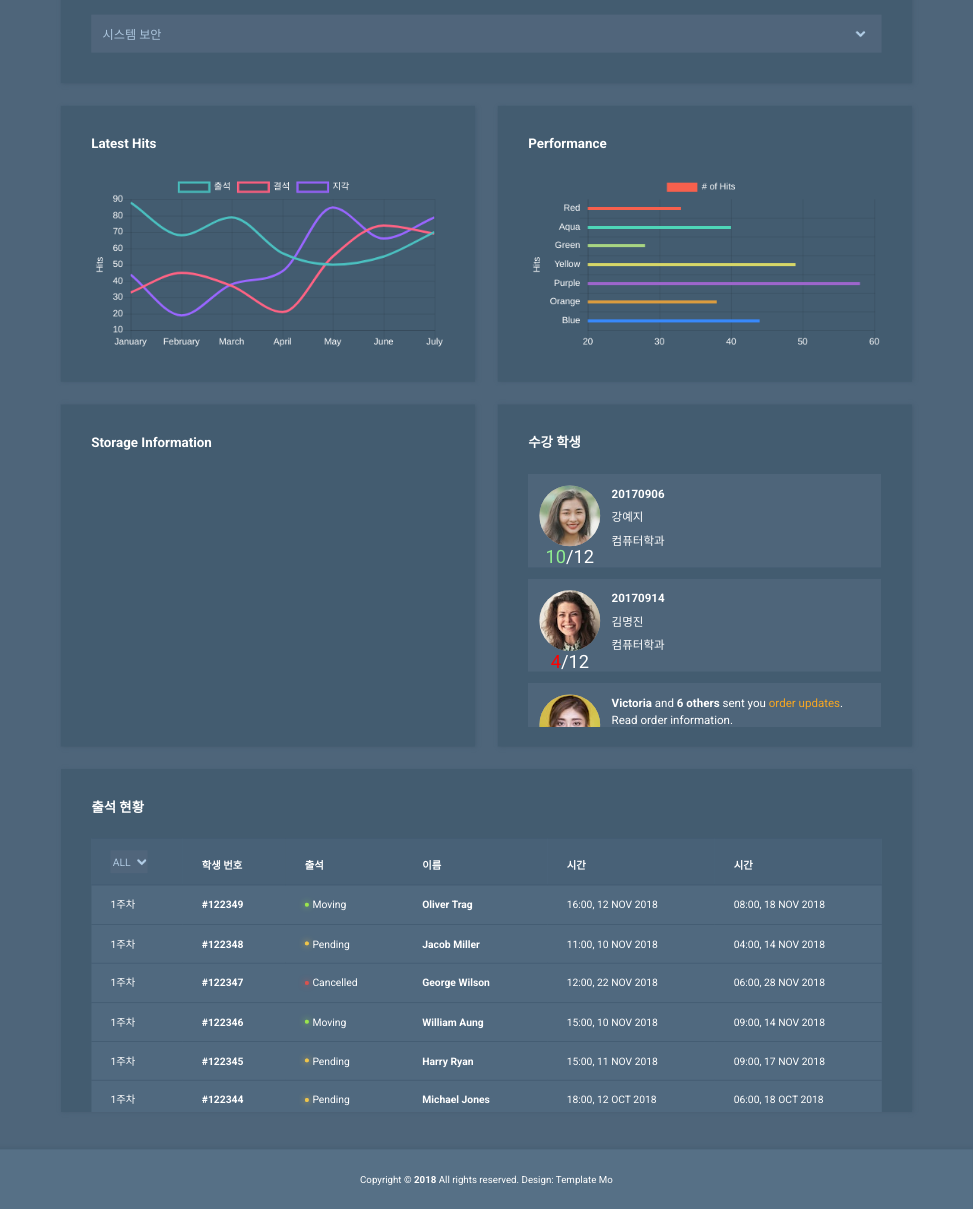
Repository: YJ-S2/2019-FaceAPI
Page: test1-master/web/123/WebContent/web1.html
The author's editor kept a copy of each file at every save. The page is drawn from the files as they stood at one save, then again after the next save.
The browser window is 1280 px wide. The pictures show the part of the page from y = 220 to 1811 px (the page is 1811 px tall), at 76% of full size.
A picture or video elsewhere on the page could not be fetched, so the positions and the page height are approximate. An inner scrolling area shows only its first screen.

Above is the page before, as saved 2019-08-07 08:54:35.
Console error: ReferenceError: drawPieChart is not defined

After the next save:
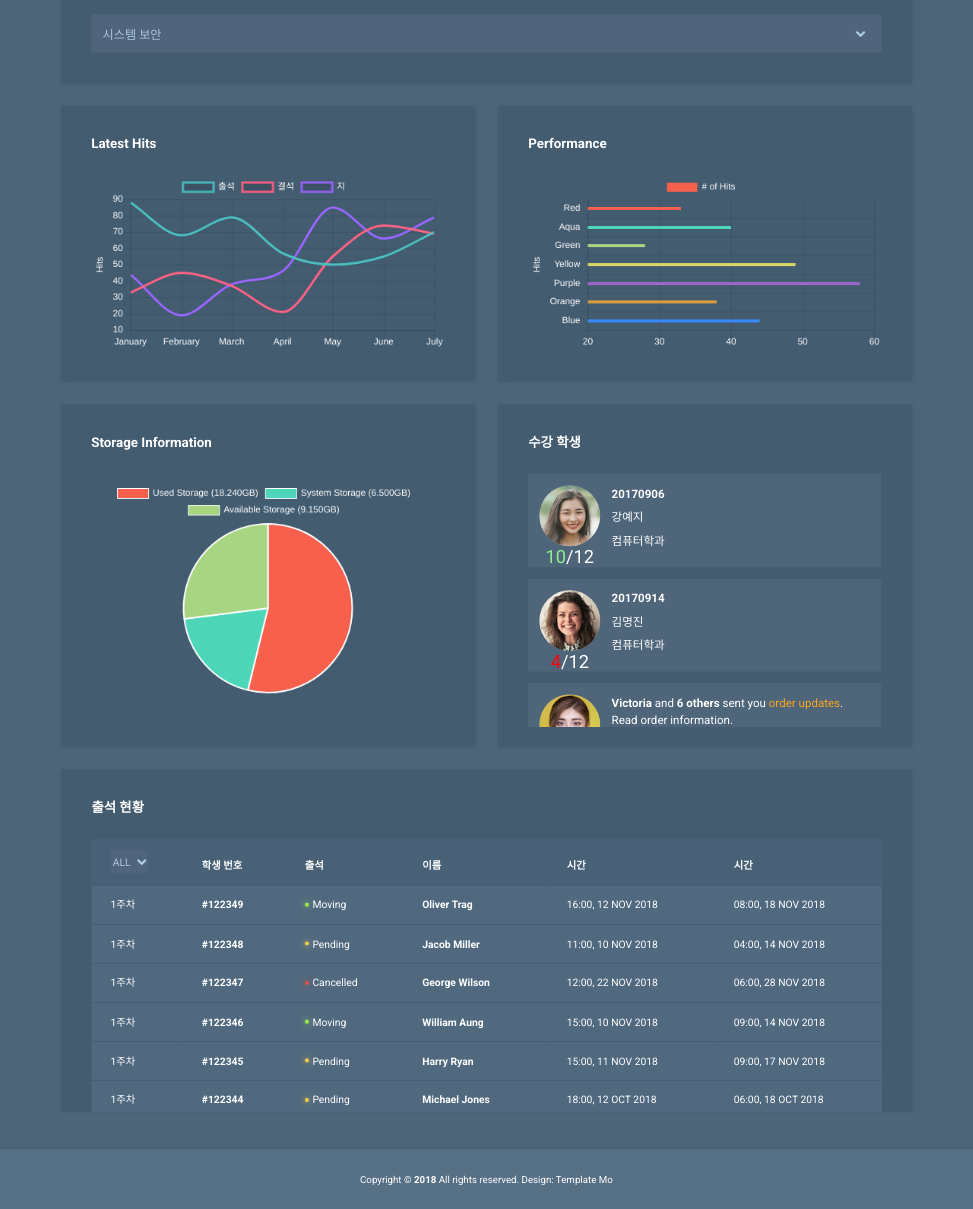
The error is gone.
Saved 19 s later.
--- a/test1-master/web/123/WebContent/js/tooplate-scripts.js
+++ b/test1-master/web/123/WebContent/js/tooplate-scripts.js
@@ -50,7 +50,7 @@ function drawLineChart() {
             pointRadius: 0
           },
           {
-            label: "지각",
+            label: "지",
             data: [44, 19, 38, 46, 85, 66, 79],
             fill: false,
             borderColor: "rgba(153, 102, 255, 1)",
@@ -130,7 +130,52 @@ function drawBarChart() {
   }
 }
 
+function drawPieChart() {
+  if ($("#pieChart").length) {
+    var chartHeight = 300;
 
+    $("#pieChartContainer").css("height", chartHeight + "px");
+
+    ctxPie = document.getElementById("pieChart").getContext("2d");
+
+    optionsPie = {
+      responsive: true,
+      maintainAspectRatio: false,
+      layout: {
+        padding: {
+          left: 10,
+          right: 10,
+          top: 10,
+          bottom: 10
+        }
+      },
+      legend: {
+        position: "top"
+      }
+    };
+
+    configPie = {
+      type: "pie",
+      data: {
+        datasets: [
+          {
+            data: [18.24, 6.5, 9.15],
+            backgroundColor: ["#F7604D", "#4ED6B8", "#A8D582"],
+            label: "Storage"
+          }
+        ],
+        labels: [
+          "Used Storage (18.240GB)",
+          "System Storage (6.500GB)",
+          "Available Storage (9.150GB)"
+        ]
+      },
+      options: optionsPie
+    };
+
+    pieChart = new Chart(ctxPie, configPie);
+  }
+}
 
 function updateLineChart() {
   if (lineChart) {
